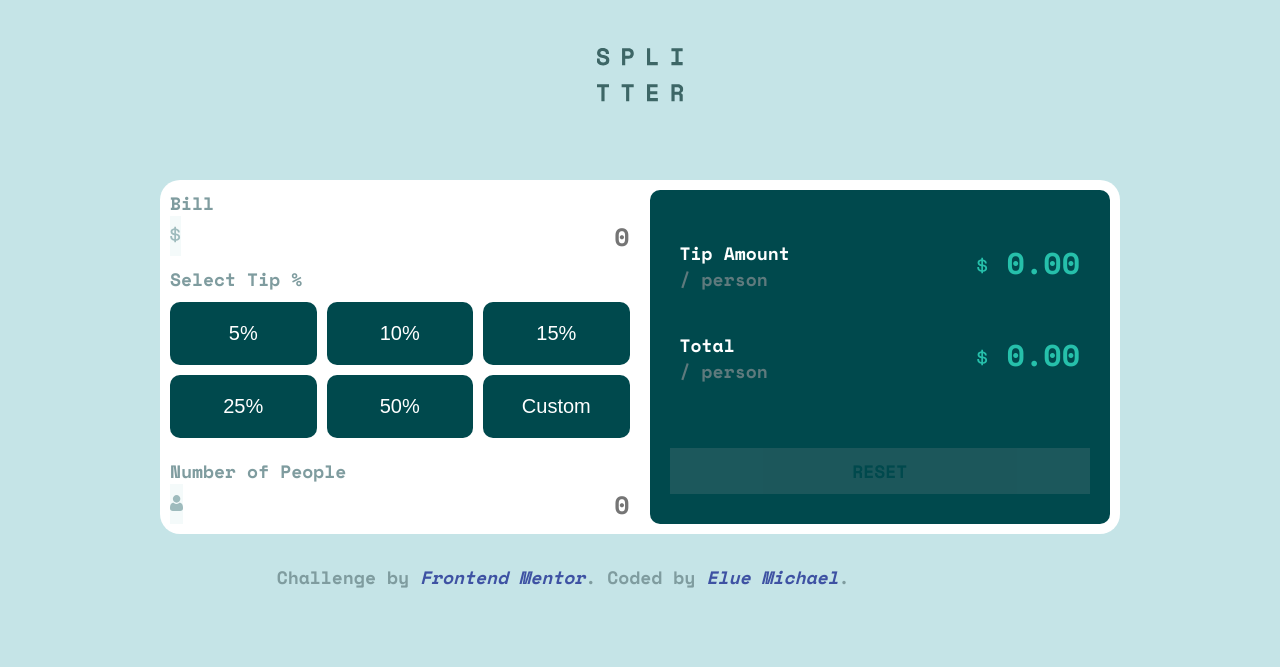
Repository: MeekyBerry/Frontend-Mentor-Challenges
Page: tip-calculator-app/index.html
These files come from the project's save history. The page is drawn as it stood at one moment and after the next save; the edit follows.
The browser window is 1280 px wide. The pictures show the whole page.

Above is the page before, as saved 2023-03-28 03:24:23.

### tip-calculator-app/index.html
<!DOCTYPE html>
<html lang="en">

<head>
  <meta charset="UTF-8">
  <meta name="viewport" content="width=device-width, initial-scale=1.0">
  <link rel="icon" type="image/png" sizes="32x32" href="./css/images/favicon-32x32.png">
  <title> Tip calculator app</title>
  <link rel="stylesheet" href="./css/style.css">
  <script src="./script.js" defer></script>
</head>

<body>
  <div class="heading-logo">
    <img src="./css/images/logo.svg" alt="Logo" class="logo">
  </div>

  <form id="form" class="background">
    <div class="first-container">
      <div class="bill-container">
        <label for="bill">Bill</label>
        <div class="icon-box">
          <div>
            <img src="./css/images/icon-dollar.svg" alt="Dollar Icon">
          </div>
          <input type="number" id="bill" placeholder="0" class="bill-input input-bar">
        </div>
      </div>

      <div class="tip">
        <div>Select Tip %</div>
        <div class="percent-container">
          <button type="button" class="percent five">5%</button>
          <button type="button" class="percent ten">10%</button>
          <button type="button" class="percent fiftheen">15%</button>
          <button type="button" class="percent twenty-five">25%</button>
          <button type="button" class="percent fifty">50%</button>
          <button type="button" class="percent custom" id="cst-btn">Custom</button>
        </div>
      </div <div>
      <label for="number">Number of People</label>
      <div class="icon-box">
        <div>
          <img src="./css/images/icon-person.svg" alt="Person Icon">
        </div>
        <input type="number" id="number" class="number-input input-bar" placeholder="0">
      </div>
    </div>
    </div>

    <div class="second-container">
      <div class="amount">
        <p>Tip Amount <span class="person">/ person</span></p>
        <div class="digit">
          <svg xmlns="http://www.w3.org/2000/svg" width="11" height="17">
            <path fill="var(--Strong-cyan)"
              d="M6.016 16.328v-1.464c1.232-.08 2.22-.444 2.964-1.092.744-.648 1.116-1.508 1.116-2.58v-.144c0-.992-.348-1.772-1.044-2.34-.696-.568-1.708-.932-3.036-1.092V4.184c.56.144 1.012.4 1.356.768.344.368.516.816.516 1.344v.288h1.824v-.432c0-.448-.088-.876-.264-1.284a3.783 3.783 0 00-.744-1.116A4.251 4.251 0 007.54 2.9a5.324 5.324 0 00-1.524-.492V.872H4.288V2.36a5.532 5.532 0 00-1.416.324c-.448.168-.84.392-1.176.672-.336.28-.604.616-.804 1.008-.2.392-.3.844-.3 1.356v.144c0 .96.316 1.708.948 2.244.632.536 1.548.884 2.748 1.044v3.912c-.704-.16-1.248-.472-1.632-.936-.384-.464-.576-1.08-.576-1.848v-.288H.256v.576c0 .464.08.924.24 1.38.16.456.404.88.732 1.272.328.392.744.728 1.248 1.008s1.108.476 1.812.588v1.512h1.728zM4.288 7.424c-.688-.128-1.164-.332-1.428-.612-.264-.28-.396-.644-.396-1.092 0-.464.176-.832.528-1.104.352-.272.784-.448 1.296-.528v3.336zm1.728 5.712V9.344c.768.128 1.328.328 1.68.6.352.272.528.688.528 1.248 0 .544-.196.984-.588 1.32-.392.336-.932.544-1.62.624z" />
          </svg>
          <span id="tip-amount">0.00</span>
        </div>
      </div>

      <div class="amount">
        <p>Total <span class="person">/ person</span></p>
        <div class="digit">
          <svg xmlns="http://www.w3.org/2000/svg" width="11" height="17">
            <path fill="var(--Strong-cyan)"
              d="M6.016 16.328v-1.464c1.232-.08 2.22-.444 2.964-1.092.744-.648 1.116-1.508 1.116-2.58v-.144c0-.992-.348-1.772-1.044-2.34-.696-.568-1.708-.932-3.036-1.092V4.184c.56.144 1.012.4 1.356.768.344.368.516.816.516 1.344v.288h1.824v-.432c0-.448-.088-.876-.264-1.284a3.783 3.783 0 00-.744-1.116A4.251 4.251 0 007.54 2.9a5.324 5.324 0 00-1.524-.492V.872H4.288V2.36a5.532 5.532 0 00-1.416.324c-.448.168-.84.392-1.176.672-.336.28-.604.616-.804 1.008-.2.392-.3.844-.3 1.356v.144c0 .96.316 1.708.948 2.244.632.536 1.548.884 2.748 1.044v3.912c-.704-.16-1.248-.472-1.632-.936-.384-.464-.576-1.08-.576-1.848v-.288H.256v.576c0 .464.08.924.24 1.38.16.456.404.88.732 1.272.328.392.744.728 1.248 1.008s1.108.476 1.812.588v1.512h1.728zM4.288 7.424c-.688-.128-1.164-.332-1.428-.612-.264-.28-.396-.644-.396-1.092 0-.464.176-.832.528-1.104.352-.272.784-.448 1.296-.528v3.336zm1.728 5.712V9.344c.768.128 1.328.328 1.68.6.352.272.528.688.528 1.248 0 .544-.196.984-.588 1.32-.392.336-.932.544-1.62.624z" />
          </svg>
          <span id="total">0.00</span>
        </div>
      </div>
      <div class="btn-wrapper">
        <button type="reset" id="reset" class="btn">Reset</button>
      </div>
    </div>
  </form>

  <div class="attribution">
    Challenge by <a href="https://www.frontendmentor.io?ref=challenge" target="_blank">Frontend Mentor</a>.
    Coded by <a href="https://www.frontendmentor.io/profile/MeekyBerry" target="_blank">Elue Michael</a>.
  </div>
</body>

</html>

### tip-calculator-app/css/style.css
@import url("https://fonts.googleapis.com/css2?family=Space+Mono:wght@400;700&display=swap");

:root {
  /* ### Primary */
  --Strong-cyan: hsl(172, 67%, 45%);
  /* ### Neutral */
  --Very-dark-cyan: hsl(183, 100%, 15%);
  --Dark-grayish-cyan: hsl(186, 14%, 43%);
  --Grayish-cyan: hsl(184, 14%, 56%);
  --Light-grayish-cyan: hsl(185, 41%, 84%);
  --Very-light-grayish-cyan: hsl(189, 41%, 97%);
  --White: hsl(0, 0%, 100%);
  --dark-blue: hsl(228, 45%, 44%);
}

html {
  font-size: 50%;
}

*,
::before,
::after {
  margin: 0;
  padding: 0;
  box-sizing: border-box;
}

body {
  font-size: 1.8rem;
  font-family: "Space Mono", sans-serif;
  font-weight: 700;
  background-color: var(--Light-grayish-cyan);
  color: var(--Grayish-cyan);
  height: 100%;
  width: 100%;
}

.heading-logo {
  height: 15rem;
  width: 100%;
  position: relative;
}

.logo {
  position: absolute;
  top: 50%;
  left: 50%;
  transform: translate(-50%, -50%);
}

.background {
  display: flex;
  flex-direction: column;
  justify-content: space-around;
  background-color: var(--White);
  height: 80rem;
  width: 100%;
  border-radius: 2rem;
}

label {
  display: block;
}

.icon-box {
  display: flex;
  align-items: center;
  justify-content: space-between;
  /* padding: 1rem 0; */
  background: var(--Very-light-grayish-cyan);
}

.input-bar {
  width: 100%;
  height: 4rem;
  border: none;
  font-size: 2.5rem;
  font-family: "Space Mono", sans-serif;
  font-weight: 700;
  text-align: end;
}

.input-bar:focus {
  outline-color: var(--Strong-cyan);
}

.input-bar::placeholder {
  text-align: end;
}

/* Remove Arrows/Spinners ON INPUT */
input::-webkit-outer-spin-button,
input::-webkit-inner-spin-button {
  -webkit-appearance: none;
}

/* Firefox */
input[type="number"] {
  -moz-appearance: textfield;
}

.tip {
  padding: 1rem 0;
}

.percent-container {
  display: grid;
  grid-template-columns: repeat(2, 1fr);
  grid-template-rows: repeat(3, 1fr);
  grid-template-areas:
    "five ten"
    "fiftheen twentyFive"
    "fifty custom";
  gap: 1rem;
  padding: 1rem 0;
}

.percent {
  background-color: var(--Very-dark-cyan);
  color: var(--White);
  text-align: center;
  padding: 2rem;
  border-radius: 1rem;
  border: none;
  font-size: 2rem;
  width: 100%;
}

.percent:active {
  background-color: var(--Strong-cyan);
  color: var(--Very-dark-cyan);
  font-weight: 700;
}

.five {
  grid-area: five;
}

.ten {
  grid-area: ten;
}

.fiftheen {
  grid-area: fiftheen;
}

.twenty-five {
  grid-area: twentyFive;
}

.fifty {
  grid-area: fifty;
}

.custom {
  grid-area: custom;
}

.custom-input {
  background-color: var(--Very-light-grayish-cyan);
  color: var(--Very-dark-cyan);
  border: none;
  border-radius: 1rem;
  padding: 1rem;
  font-size: 2rem;
  font-weight: 700;
  text-align: center;
  width: 100%;
}

.custom-input:focus {
  outline-color: var(--Strong-cyan);
}

.second-container {
  background-color: var(--Very-dark-cyan);
  border-radius: 1rem;
  padding: 3rem 2rem;
}

.amount {
  display: flex;
  justify-content: space-between;
  padding: 2rem 1rem;
}

p {
  color: var(--White);
}

.person {
  display: block;
  font-size: 1.8rem;
  color: var(--Dark-grayish-cyan);
}

.digit {
  color: var(--Strong-cyan);
  font-size: 3rem;
}

.dollar {
  filter: var(--Strong-cyan);
}

.btn {
  width: 100%;
  padding: 1rem;
  background-color: var(--Dark-grayish-cyan);
  color: var(--Very-dark-cyan);
  border: none;
  text-transform: uppercase;
  font-size: 1.8rem;
  font-weight: 700;
  font-family: "Space Mono", sans-serif;
  opacity: 0.3;
}

.attribution {
  font-size: 1.8rem;
  text-align: center;
  width: 88%;
}

.attribution a {
  color: var(--dark-blue);
  text-decoration: none;
  font-style: italic;
}

@media only screen and (min-width: 1000px) {
  html {
    font-size: 62.5%;
  }

  .background {
    width: 75%;
    height: 75%;
    margin: 3rem auto;
    flex-direction: row;
    gap: 2rem;
    padding: 1rem;
  }

  .first-container {
    display: flex;
    flex-direction: column;
    justify-content: space-around;
    width: 50%;
  }

  .percent-container {
    grid-template-columns: repeat(3, 1fr);
    grid-template-rows: repeat(2, 1fr);
    grid-template-areas:
      "five ten fiftheen"
      "twentyFive fifty custom";
  }

  .second-container {
    display: flex;
    flex-direction: column;
    width: 50%;
  }

  .btn-wrapper {
    margin-top: auto;
  }
}

### tip-calculator-app/script.js
// 1. Get the bill amount from the input field
const billInput = document.getElementById('bill');
// 2. Get the tip percentage from the Button array
const tipButtons = document.querySelectorAll('.percent');
// 2.1. The percentage array contains a Custom button which toggles to input field when clicked
const customButton = document.querySelector('.custom');
// 2.2. Get the custom percentage from the input field
const customInput = document.createElement('input');
// Add style class to created customInput element
customInput.classList.add('custom-input');
// 3. Get the number of people from the input field
const peopleInput = document.getElementById('number')
// 4. Calculate the tip amount per person;
const tipAmountSpan = document.getElementById('tip-amount');
// 5. Calculate the total cost per person
const totalAmountSpan = document.getElementById('total');
// 6. Display the tip amount per person
const resetButton = document.getElementById('reset');


let bill = 0;
let tipPercentage = 0;
let customPercentage = 0;
let people = 0;

let inputPeople = false;
let error = true;

// add input validation for bill and people fields
billInput.addEventListener('input', () => {
    bill = Number(billInput.value);
    calculateTip();
});

peopleInput.addEventListener('input', () => {
    people = Number(peopleInput.value);
    calculateTip();
});

// add event listeners for tip buttons
tipButtons.forEach(button => {
    button.addEventListener('click', () => {
        if (button.classList.contains('custom')) {
            customInput.type = 'number';
            customInput.min = 1;
            customInput.placeholder = 'Custom';
            customInput.value = '';
            customInput.classList.add('custom-input');
            button.parentNode.replaceChild(customInput, button);
            customInput.focus();
        } else {
            tipPercentage = Number(button.textContent.replace('%', ''));
            calculateTip();
        }
    });
});

// add event listener for custom input
customInput.addEventListener('input', () => {
    customPercentage = Number(customInput.value);
    calculateTip();
});

// add event listener for reset button
resetButton.addEventListener('click', () => {
    billInput.value = '';
    peopleInput.value = '';
    tipAmountSpan.textContent = '$0.00';
    totalAmountSpan.textContent = '$0.00';
    bill = 0;
    tipPercentage = 0;
    customPercentage = 0
    people = 0;
    customInput.parentNode.replaceChild(customButton, customInput);
});

// calculate tip and total amount
const calculateTip = () => {
    if (people > 0) {
        inputPeople = true;
        let tip = (bill * (tipPercentage + customPercentage)) / 100;
        let total = bill + tip;
        let tipPerPerson = tip / people;
        let totalPerPerson = total / people;
        tipAmountSpan.textContent = `$${tipPerPerson.toFixed(2)}`;
        totalAmountSpan.textContent = `$${totalPerPerson.toFixed(2)}`;
    }
};







// const BILL = document.querySelector('.bill-input');
// const TIP_PERCENT = document.querySelectorAll('.percent');
// const PEOPLE = document.querySelector('.number-input');
// const TOTAL_BILL = document.getElementById('total');
// const TIP_AMOUNT = document.getElementById('tip-amount');
// const CUSTOM = document.querySelector('.custom');
// const CUSTOM_BUTTON = document.getElementById('cst-btn')
// const CUSTOM_INPUT = document.getElementById('cst-input')
// const RESET = document.getElementById('reset');

// let billValue;
// let person;
// let customValue;
// let custom = 0;

// let myArray = [5, 10, 15, 25, 50, custom];
// let tipAmount = 0;

// let error = true;
// let inputPeople = false;

// const calculateHandler = () => {
//     if (inputPeople) {
//         let amount = (billValue + tipAmount) / person;
//         TOTAL_BILL.textContent = `${amount.toFixed(2)}`;
//     }
// };

// BILL.addEventListener('change', () => {
//     error = !error;
//     billValue = parseFloat(BILL.value);
//     TIP_PERCENT.forEach((el, idx) => {
//         let percent = myArray[idx];
//         el.addEventListener('click', (e) => {
//             let target = e.target;
//             if (target.classList.contains('percent')) {
//                 let percent = parseFloat(target.textContent);
//                 if (isNaN(percent)) {
//                     percent = customValue;
//                 } else {
//                     customValue = 0;
//                 }
//                 // if (CUSTOM.firstElementChild === CUSTOM_INPUT && idx === 5) {
//                 //     CUSTOM_INPUT.addEventListener('change', () => {
//                 //         customValue = parseFloat(CUSTOM_INPUT.value);
//                 //         tipAmount = CUSTOM_INPUT.value * (percent / 100);
//                 //         TIP_AMOUNT.textContent = `${tipAmount.toFixed(2)}`;
//                 //         calculateHandler();
//                 //     })
//                 // }
//                 tipAmount = billValue * (percent / 100);
//                 TIP_AMOUNT.textContent = `${tipAmount.toFixed(2)}`;
//                 calculateHandler();
//             }
//         });
//     });
// });


//     // billValue = +BILL.value;
//     // TIP_PERCENT.forEach((el, idx) => {
//     //     let percent = myArray[idx];
//     //     el.addEventListener('click', () => {
//     //         if (CUSTOM.firstElementChild === CUSTOM_INPUT && idx === 5) {
//     //             CUSTOM_INPUT.addEventListener('change', () => {
//     //                 customValue = +CUSTOM_INPUT.value;
//     //                 tipAmount = CUSTOM_INPUT.value * (+percent / 100);
//     //                 TIP_AMOUNT.textContent = `${tipAmount.toFixed(2)}`;
//     //                 calculateHandler();
//     //             })
//     //         }
//     //         tipAmount = BILL.value * (+percent / 100);
//     //         TIP_AMOUNT.textContent = `${tipAmount}`;
//     //         calculateHandler();
//     //     });
//     // });

// // TIP_PERCENT.addEventListener('click', (e) => {
// //     let target = e.target;
// //     if (target.classList.contains('percent')) {
// //       let percent = parseFloat(target.textContent);
// //       if (isNaN(percent)) {
// //         percent = customValue;
// //       } else {
// //         customValue = 0;
// //       }
// //       tipAmount = billValue * (percent / 100);
// //       TIP_AMOUNT.textContent = `${tipAmount.toFixed(2)}`;
// //       calculateHandler();
// //     }
// //   });


// PEOPLE.addEventListener('input', () => {
//     // inputPeople = !inputPeople;
//     // person = +PEOPLE.value;
//     // if (!error) {
//     //     calculateHandler();
//     // }
//  inputPeople = true;
//   person = parseFloat(PEOPLE.value);
//   if (!error && person > 0) {
//     calculateHandler();
//   } else {
//     TOTAL_BILL.textContent = '0.00';
//   }
// });

// CUSTOM.addEventListener('click', () => {
//     // if (CUSTOM.firstElementChild === CUSTOM_BUTTON) {
//     //     CUSTOM.innerHTML = `<input type="number" id="cst-input" class="percent cst" />`
//     // }
//     if (CUSTOM.firstElementChild === CUSTOM_BUTTON) {
//         // CUSTOM.innerHTML = `<input type="number" id="cst-input" class="percent cst" />`
//         CUSTOM.innerHTML = `<input type="number" class="percent cst" />`;
//         CUSTOM_INPUT.addEventListener('change', () => {
//           customValue = parseFloat(CUSTOM_INPUT.value);
//           TIP_PERCENT.lastElementChild.textContent = `${customValue}%`;
//           tipAmount = billValue * (customValue / 100);
//           TIP_AMOUNT.textContent = `${tipAmount.toFixed(2)}`;
//           calculateHandler();

//         });
//       }
// })

// RESET.addEventListener('click', () => {
//     // BILL.value = '';
//     // PEOPLE.value = '';
//     // TIP_AMOUNT.textContent = '0.00';
//     // TOTAL_BILL.textContent = '0.00';
//     CUSTOM.innerHTML = `<button id="cst-btn" class="percent cst">Custom</button>`;
//     BILL.value = '';
//     PEOPLE.value = '';
//     TIP_AMOUNT.textContent = '0.00';
//     TOTAL_BILL.textContent = '0.00';
//     inputPeople = false;
//     customValue = 0;
//     tipAmount = 0;
// });

After the next save:
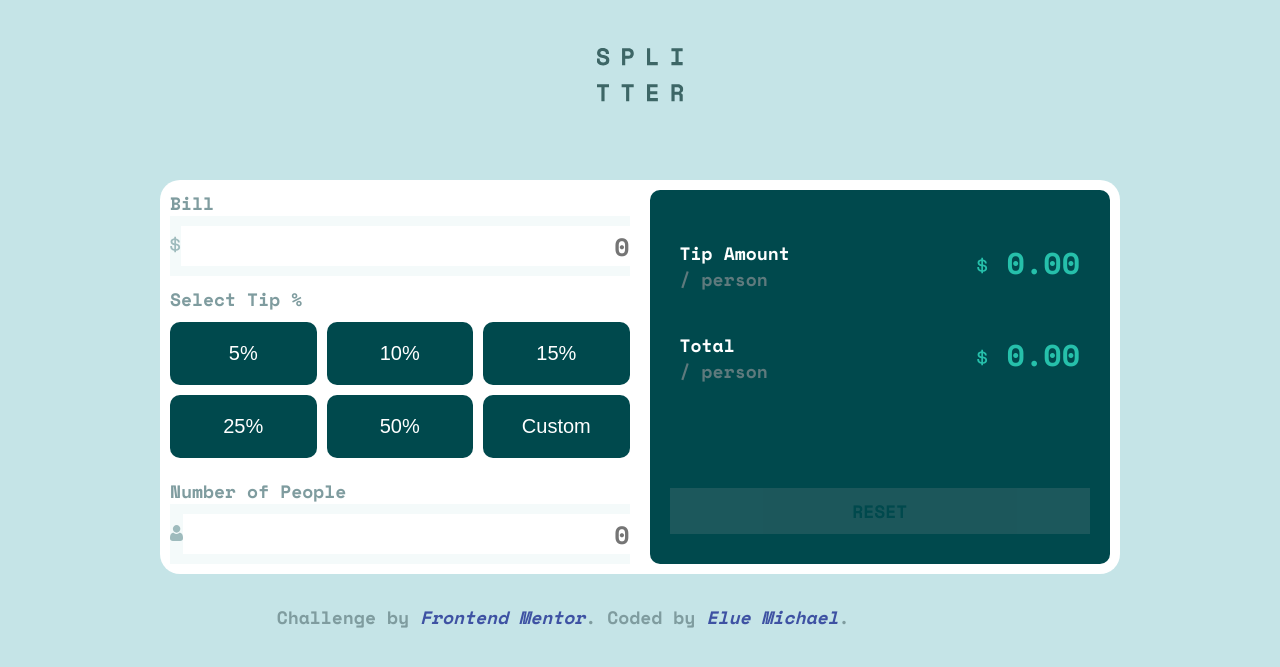
Saved 13 s later.
--- a/tip-calculator-app/css/style.css
+++ b/tip-calculator-app/css/style.css
@@ -66,7 +66,7 @@ label {
   display: flex;
   align-items: center;
   justify-content: space-between;
-  /* padding: 1rem 0; */
+  padding: 1rem 0;
   background: var(--Very-light-grayish-cyan);
 }
 
